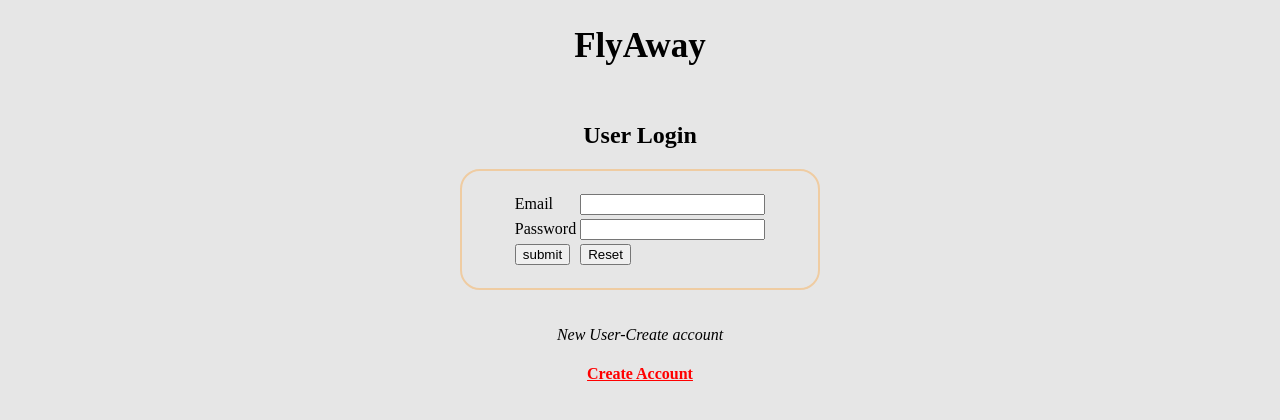
Repository: badrilogaram/Phase-two-project
Page: http://localhost/FlyAway-master/UserPage.jsp
The author's editor kept a copy of each file at every save. The page is drawn from the files as they stood at one save, then again after the next save.
The browser window is 1280 px wide. The pictures show the whole page.
The page is served by Tomcat 9.

Above is the page before, as saved 2021-05-27 23:03:03.

After the next save:
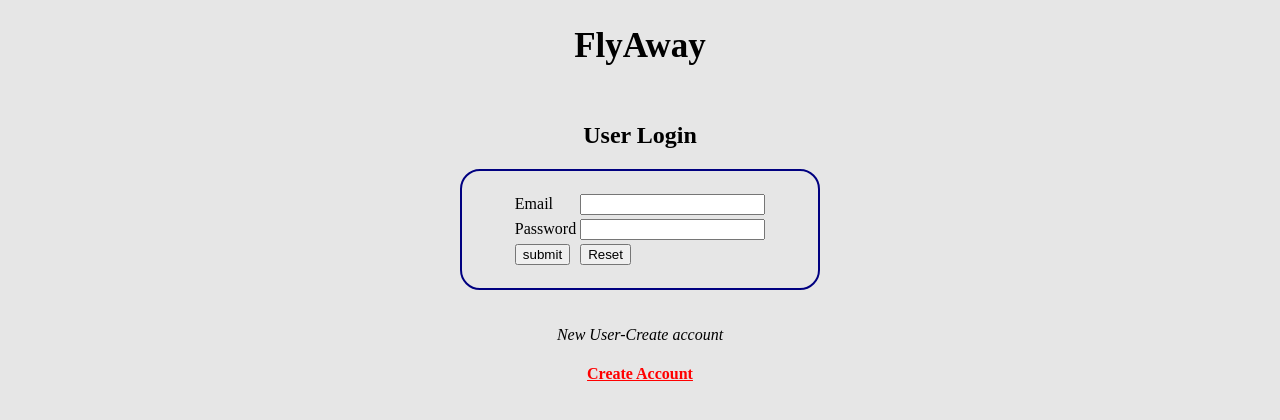
Saved 53 s later.
--- a/FlyAway-master/src/main/webapp/UserPage.jsp
+++ b/FlyAway-master/src/main/webapp/UserPage.jsp
@@ -15,7 +15,7 @@
 
 <center>
 <h2>User Login</h2>
-<div style="border:2px solid #efcca2;width:25%;border-radius:20px;padding:20px" align = "center" >
+<div style="border:2px solid Navy;width:25%;border-radius:20px;padding:20px" align = "center" >
 <form action=UserLogin method=post >
     <table >
     <tr>
